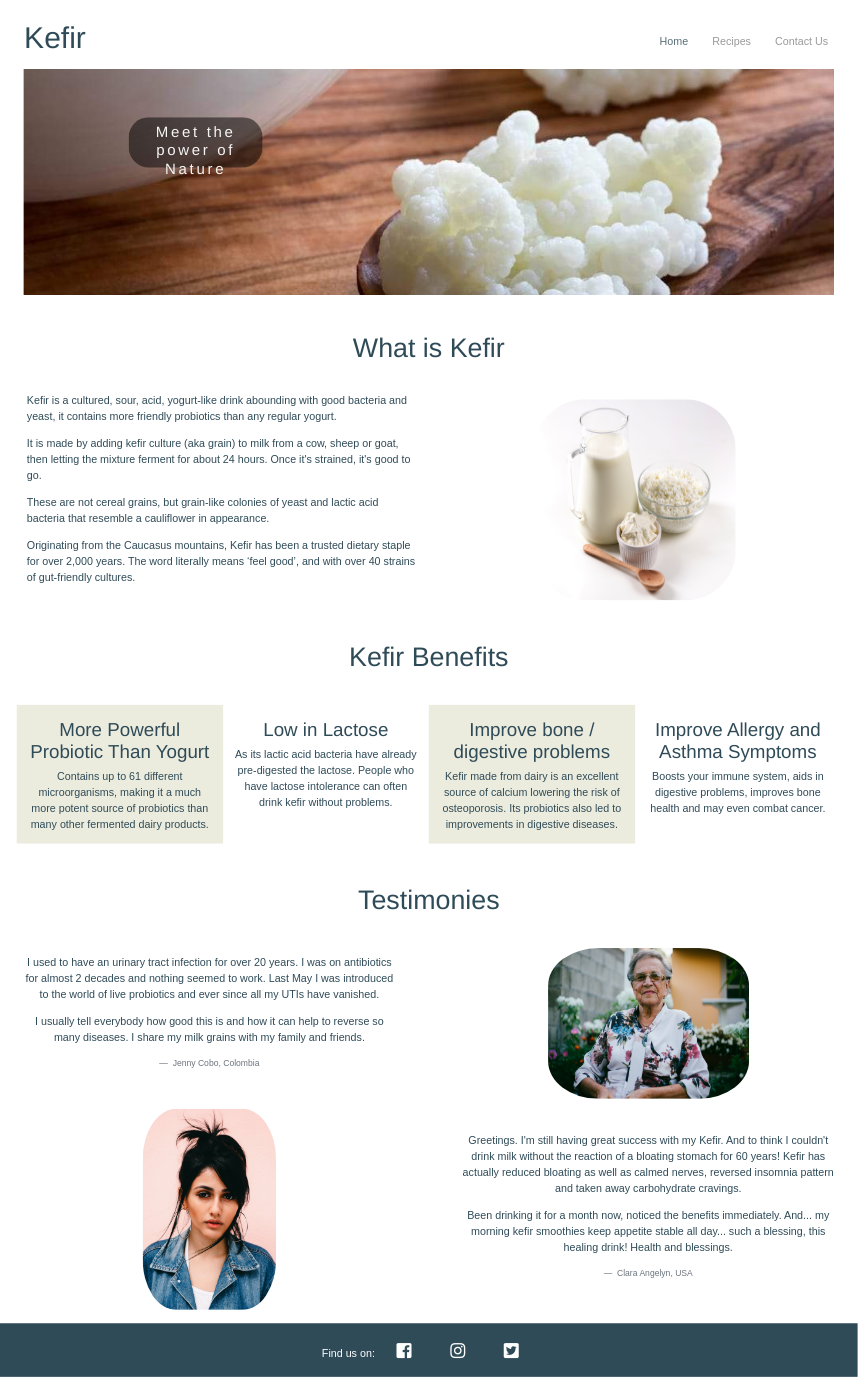
Repository: Code-Institute-Submissions/andna5980-kefir-repo_JuneResub
Page: index.html
An editor plug-in stored every save of this project. The page is shown before and after the next save, followed by the edit.
The browser window is 1280 px wide. The page is 1295 px wide, so the pictures cover 1295 px, including what lies to the right of the window. The pictures show the whole page, at 67% of full size.
Some web fonts or font styles are not loaded; a fallback is used. Some web libraries are served in a nearby version.

Above is the page before, as saved 2021-03-05 19:11:50.

### index.html
<!DOCTYPE html>
<html lang="en-US">

<head>
  <meta charset="UTF-8">
  <meta name="viewport" content="width=device-width, initial-scale=1.0">
  <meta name="author" content="Andres Navarrete">
  <meta name="description"
    content="Kefir, meet the power of nature. Bring the right knowledge and the best recipes from mother nature">
  <meta name="keywords" content="Kefir, recipes, natural-products, home-made, organic, healthy">
  <title>KEFIR | MEET THE POWER OF NATURE</title>
  <link rel="stylesheet" href="https://cdn.jsdelivr.net/npm/bootstrap@4.5.3/dist/css/bootstrap.min.css"
    integrity="sha384-TX8t27EcRE3e/ihU7zmQxVncDAy5uIKz4rEkgIXeMed4M0jlfIDPvg6uqKI2xXr2" crossorigin="anonymous">
  <link rel="stylesheet" href="https://use.fontawesome.com/releases/v5.6.3/css/all.css"
    integrity="sha384-UHRtZLI+pbxtHCWp1t77Bi1L4ZtiqrqD80Kn4Z8NTSRyMA2Fd33n5dQ8lWUE00s/" crossorigin="anonymous">
  <link href="./assets/styles/style.css" rel="stylesheet">
</head>

<body>
  <!-- Main Header -->
  <header>
    <nav class="navbar navbar-expand-md navbar-light fixed-top navbar-bg">
      <a class="navbar-brand" href="index.html">Kefir</a>
      <button class="navbar-toggler" type="button" data-toggle="collapse" data-target="#navbarNav"
        aria-controls="navbarNav" aria-expanded="false" aria-label="Toggle navigation">
        <span class="navbar-toggler-icon"></span>
      </button>
      <div class="collapse navbar-collapse menu-items" id="navbarNav" style="opacity: 0.8;">
        <ul class="navbar-nav">
          <li class="nav-item active">
            <a class="nav-link" href="#">Home <span class="sr-only">(current)</span></a>
          </li>
          <li class="nav-item">
            <a class="nav-link" href="recipes.html">Recipes</a>
          </li>
          <li class="nav-item">
            <a class="nav-link" href="contact.html">Contact Us</a>
          </li>

        </ul>
      </div>
    </nav>
  </header>

  <!-- Hero Image -->

  <div class=" container-hero">
    <div class="hero-image col-12"></div>
    <div class="cover-text">
      <h2>Meet the power of Nature</h2>
    </div>

  </div>


  <!-- What is kefir -->

  <section>
    <div class="row">
      <div class="welcome-text col-12">
        <h1>What is Kefir</h1>
      </div>
    </div>

    <div class="kefir-description row">
      <div class="col-12 col-sm-6 ">
        <p>Kefir is a cultured, sour, acid, yogurt-like drink abounding with good bacteria and yeast, it contains
          more friendly probiotics than any regular yogurt.</p>
        <p>It is made by adding kefir culture (aka grain) to milk from a cow, sheep or goat, then letting the
          mixture ferment for about 24 hours. Once it's strained, it's good to go.</p>
        <p>These are not cereal grains, but grain-like colonies of yeast and lactic acid bacteria that resemble a
          cauliflower in appearance.</p>
        <p>Originating from the Caucasus mountains, Kefir has been a trusted dietary staple for over 2,000 years.
          The word literally means ‘feel good’, and with over 40 strains of gut-friendly cultures.</p>
      </div>

      <div class="col-12 col-sm-6 ">
        <div class="kefir-description-image">
          <img src="./assets/images/milk-products-dairy.jpg" alt="diferent-kefir-derivates" height="300" width="300">
        </div>
      </div>
    </div>

  </section>


  <!-- Kefir benefits -->

  <section class="benefits-title">
    <div class="row ">
      <div class="  col-12">
        <h1>Kefir Benefits</h1>
      </div>
    </div>

    <div class="row benefits-row">
      <div class="benefits-box1 col-12 col-sm-6 col-md-3">
        <h3>More Powerful Probiotic Than Yogurt</h3>
        <p>Contains up to 61 different microorganisms, making it a much
          more potent source of probiotics than many other fermented dairy products.
        </p>
      </div>
      <div class=" benefits-box col-12 col-sm-6 col-md-3">
        <h3>Low in Lactose </h3>
        <p>As its lactic
          acid bacteria have already pre-digested the lactose. People who have lactose
          intolerance can often drink kefir without problems.
        </p>

      </div>
      <div class=" benefits-box1 col-12 col-sm-6 col-md-3">
        <h3>Improve bone / digestive problems </h3>
        <p>Kefir made from dairy is an excellent source of calcium lowering the risk of osteoporosis. Its probiotics
          also led to improvements in digestive diseases.
        </p>
      </div>
      <div class="benefits-box col-12 col-sm-6 col-md-3">
        <h3>Improve Allergy and Asthma Symptoms</h3>
        <p>Boosts your immune system, aids in digestive problems, improves bone health and may even combat cancer.
        </p>
      </div>
    </div>
  </section>

  <!-- Testimonies -->

  <section class="testimonies-title">
    <div class="row">
      <div class=" col-12">
        <h1>Testimonies</h1>
      </div>
    </div>

    <div class=" row">
      <div class=" testimony-box col-12 col-sm-6">
        <p>I used to have an urinary tract infection for over 20 years. I was on antibiotics for almost 2 decades and
          nothing seemed to work. Last May I was introduced to the world of live probiotics and ever since all my
          UTIs have vanished.</p>
        <p>I usually tell everybody how good this is and how it can help to reverse so many diseases. I share my
          milk grains with my family and friends.</p>
        <figcaption class="blockquote-footer">
          Jenny Cobo, Colombia
        </figcaption>
      </div>

      <div class="col-12 col-sm-6">
        <div class="testimony-image1">
          <img src="./assets/images/damir-bosnjak-VQ2L7t5qt_8-unsplash-min.jpg" alt="old-woman" height="225"
            width="300">
        </div>
      </div>
    </div>

    <div class=" row flex-column-reverse flex-sm-row ">
      <div class="testimony-image2 col-12 col-sm-6 col.order-1.order-xs-2">
        <img src="./assets/images/matheus-ferrero-W7b3eDUb_2I-unsplash.jpg" alt="young-woman" height="300">
      </div>

      <div class="testimony-box col-12 col-sm-6 ">
        <p>Greetings. I'm still having great success with my Kefir. And to think I couldn't drink milk without the
          reaction of a bloating stomach for 60 years! Kefir has actually reduced bloating as well as calmed
          nerves, reversed insomnia pattern and taken away carbohydrate cravings.</p>
        <p> Been drinking it for a month now, noticed the benefits immediately. And... my morning kefir smoothies
          keep appetite stable all day... such a blessing, this healing drink! Health and blessings.</p>
        <figcaption class="blockquote-footer">
          Clara Angelyn, USA
        </figcaption>
      </div>

    </div>
  </section>


  <footer>
    <div class="social-networks">
      <span>Find us on:</span>
      <a href="http://facebook.com" target="_blank"><i class="fab fa-facebook-square"></i></a>

      <a href="http://instagram.com" target="_blank"><i class="fab fa-instagram"></i></a>

      <a href="http://twitter.com" target="_blank"><i class="fab fa-twitter-square"></i></a>
    </div>
  </footer>

  <script src="https://code.jquery.com/jquery-3.2.1.slim.min.js"
    integrity="sha384-KJ3o2DKtIkvYIK3UENzmM7KCkRr/rE9/Qpg6aAZGJwFDMVNA/GpGFF93hXpG5KkN"
    crossorigin="anonymous"></script>
  <script src="https://cdnjs.cloudflare.com/ajax/libs/popper.js/1.12.9/umd/popper.min.js"
    integrity="sha384-ApNbgh9B+Y1QKtv3Rn7W3mgPxhU9K/ScQsAP7hUibX39j7fakFPskvXusvfa0b4Q"
    crossorigin="anonymous"></script>
  <script src="https://maxcdn.bootstrapcdn.com/bootstrap/4.0.0/js/bootstrap.min.js"
    integrity="sha384-JZR6Spejh4U02d8jOt6vLEHfe/JQGiRRSQQxSfFWpi1MquVdAyjUar5+76PVCmYl"
    crossorigin="anonymous"></script>


</body>


</html>

### assets/styles/style.css
@import url('https://fonts.googleapis.com/css2?family=Amatic+SC&family=Caveat+Brush&display=swap');
body {
    font-family: Arial, Helvetica, sans-serif;
    color: #2F4B58;
    max-width: 2000px;
}

h1,h2,h3 {
    font-family: Caveat Brush, Helvetica, sans-serif;
    color: #2F4B58;
}

/*----------------------BORDER ROWS AND COLUMNS----------*/

.test-red {
    border: 3px solid red
}

.test-blue {
    border: 1px solid blue
}

/*-----------------------Header ----------*/

.navbar-brand {
    font-family: Caveat Brush, Helvetica, sans-serif;
    font-size: 280%;
    margin-left: 20px;
    margin-top: 10px;
}

.navbar-light .navbar-brand {
    color: #2F4B58;
}

.navbar-light .navbar-nav .active>.nav-link, .navbar-light .navbar-nav .nav-link.active, .navbar-light .navbar-nav .nav-link.show, .navbar-light .navbar-nav .show>.nav-link {
    color: #2f4b58;
}

.fixed-top{
    position: fixed;
    z-index: 5;
}

.navbar-bg{
    background: white;
}


.menu-items{
    justify-content: flex-end;
}

.navbar-nav li a {
    margin-top: 20px;
    color: #2F4B58;
    text-align: right;
    margin-right: 20px;
}

.navbar-nav li a {
    margin-top: 20px;
    color: #2F4B58;
}

.navbar-toggler {
    border: 2px solid #2F4B58;
    color: #2F4B58;
}


/*-----------------------Hero-Image ----------*/

.container-hero {
    height: 400px;
    overflow: hidden;
    margin-top: 40px;
}

.hero-image {
    height: 400px;
    /* width: 110%; */
    width: 140%;
    background: url(../images/milk-kefir-grains-spoon_1024x1024.jpg) no-repeat center;
    animation-name: hero-zoom;
    animation-duration: 4s;
    animation-fill-mode: forwards;
}

.cover-text h2 {
    color: whitesmoke;
    font-size: 140%;
    letter-spacing: 4px;
    text-align: center;
    width: 200px;
    height: 75px;
    padding-top: 10px;
    background-color: rgba(0, 0, 0, .5);
    border-radius: 30px;
    top: 175px;
    left: 15%;
    position: absolute;
}

/*------Animation of the Hero image-------*/

@keyframes hero-zoom {
    from {
        transform: scale(1);
    }
    to {
        transform: scale(1.2);
    }
}

/*-----------------------What-is-kefir-are----------*/

.welcome-text {
    text-align: center;
    margin: 25px 0;
    padding-top: 30px;
}

.kefir-description {
    padding: 10px 40px 40px 40px;
}

.kefir-description-image {
    padding-top: 10px;
    text-align: center;
}

/*-----------------------Kefir-Benefits-Area----------*/

.recipes-section{
    margin-top: 100px;
}

.benefits-title {
    text-align: center;
    margin: 20px 0;
}

.benefits-row {
    padding: 40px;
    color: #2F4B58;
}

.benefits-box {
    padding-top: 20px;

}

.benefits-box1 {
    background-color: #ECECDE;
    padding-top: 20px;
}

/*-----------------------Testimonies----------*/

.testimonies-title {
    text-align: center;
    margin: 25px 0;
    margin-top: 10px;
    margin-bottom: 20px;
}

.testimony-image1 {
    padding-top: 40px;
    /* padding-left: 50px;  */
    display: flex;
    justify-content: center;
}

.testimony-image2 {
    padding-top: 15px;
    /* padding-left: 100px;  */
    display: flex;
    justify-content: center;
}

.testimony-box {
    padding: 50px 50px 20px 50px;
    justify-content: center;
}

img {
    border-radius: 25%;
}

/*-----------------------Recipes-Page----------*/

.recipes-title {
    text-align: center;
    margin-top: 10px;
}

.recipes-images {
    margin-top: 30px;
    margin-bottom: 30px;
}

.recipes-images .col-6 {
    padding-right: 1px ;
    padding-left: 1px;
}

.picture-box {
    padding-top: 10px;
    display: flex;
    justify-content: center;
}

/*-----------------------Contact-Page----------*/

.form-section {
    clear: right;
    background: url(../images/milk-products-dairy-wood-table.jpg) no-repeat center;
    opacity: 0.9;
    background-size: cover;
    background-position: right;
    height: 750px;
    border-radius: 3%;
    margin-top: 100px;
}

.contact-form {
    margin-top: 100px;
    color: white;
    background-color: rgba(0, 0, 0, 0.7);
    max-width: 320px;
    position: absolute;
    left: 10%;
    padding: 20px;
    border-radius: 25px;
}

.contact-form>h2 {
    margin-bottom: 15px;
    font-size: xx-large;
    color: white;
}

.text-input {
    background: white;
    color: black;
    width: 100%;
    height: 30px;
    margin: 5px 0 20px 0;
    border: 1px solid black;
    border-radius: 3px;
}

.button {
    margin-top: 20px;
    border-radius: 10px;
    padding: 15px 32px 15px 32px;
    text-align: center;
    font-size: 100%;
    background-color: white;
    color: black;
    display: block;
}

.button:hover {
    background-color: black;
    color: white;
}

/*-----------------------Footer----------*/

footer {
    height: 80px;
    width: 100%;
    background-color: #2F4B58;
    overflow: hidden;
    margin-top: 10px;
}

.social-networks {
    text-align: center;
    /* margin-right: 20px; */
}

.social-networks a {
    color: white;
    display: inline-block;
    margin: 1px;
    padding: 2%;
    transition: all 0.35s ease-in-out;
    -moz-transition: all 0.35s ease-in-out;
    -webkit-transition: all 0.35s ease-in-out;
    -o-transition: all 0.35s ease-in-out;
}

.social-networks a i:hover {
    color: black;
}

.social-networks i {
    font-size: 160%;
    margin: 1%;
    padding: 5%;
    color: white;
}

.social-networks span {
    color: white;
}

After the next save:
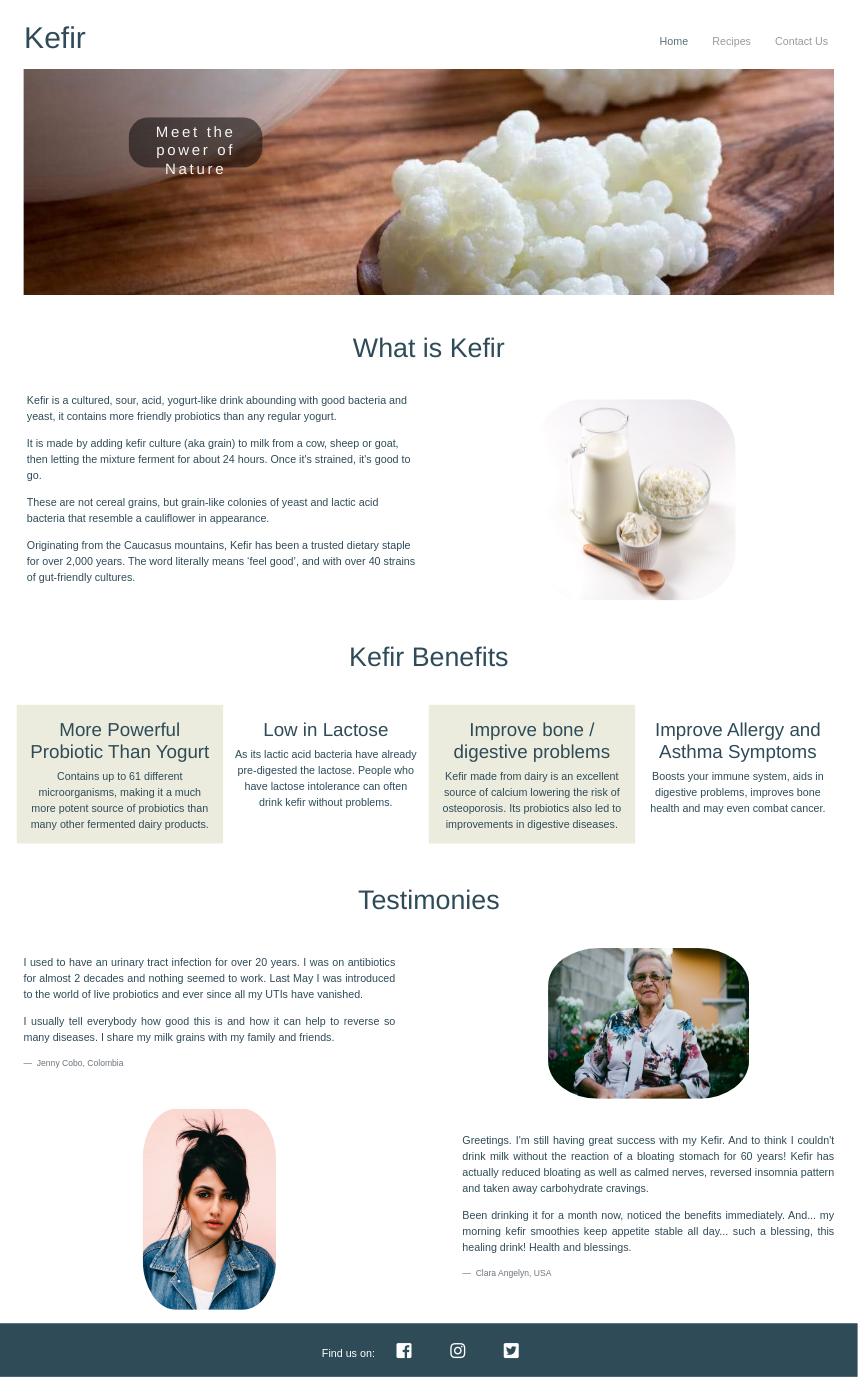
Saved 38 s later.
--- a/assets/styles/style.css
+++ b/assets/styles/style.css
@@ -148,7 +148,6 @@ h1,h2,h3 {
 
 .benefits-box {
     padding-top: 20px;
-
 }
 
 .benefits-box1 {
@@ -181,7 +180,8 @@ h1,h2,h3 {
 
 .testimony-box {
     padding: 50px 50px 20px 50px;
-    justify-content: center;
+    /* justify-content: center; */
+    text-align: justify;
 }
 
 img {
